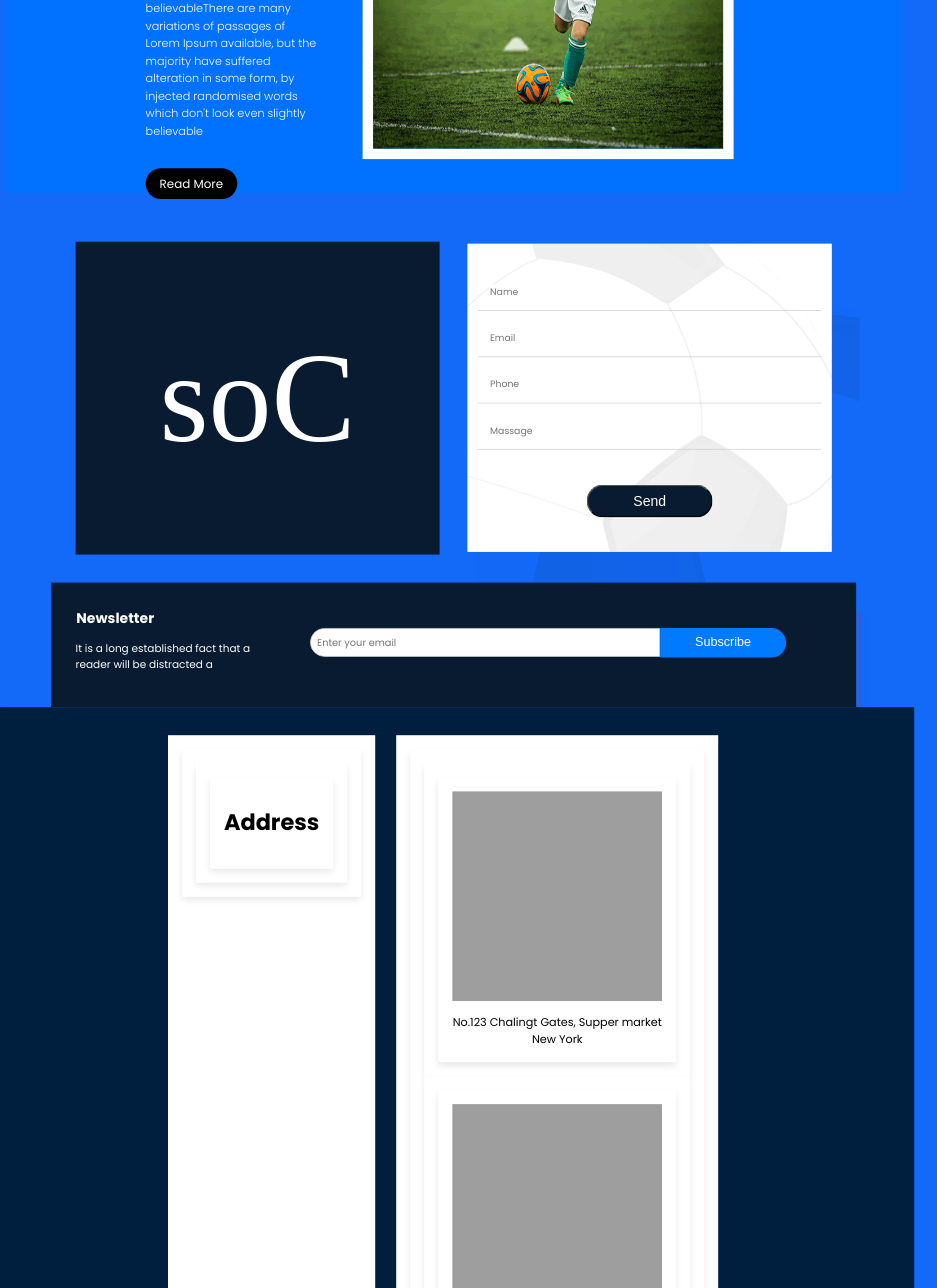
Repository: Vinicius9922/Projeto-Web
Page: index.html
An editor plug-in stored every save of this project. The page is shown before and after the next save, followed by the edit.
The browser window is 1280 px wide. The page is 1338 px wide, so the pictures cover 1338 px, including what lies to the right of the window. The pictures show the part of the page from y = 2475 to 4315 px (the page is 4992 px tall), at 70% of full size.
Pictures or frames that could not be fetched are drawn as grey boxes.

Above is the page before, as saved 2024-12-10 19:33:47.

After the next save:
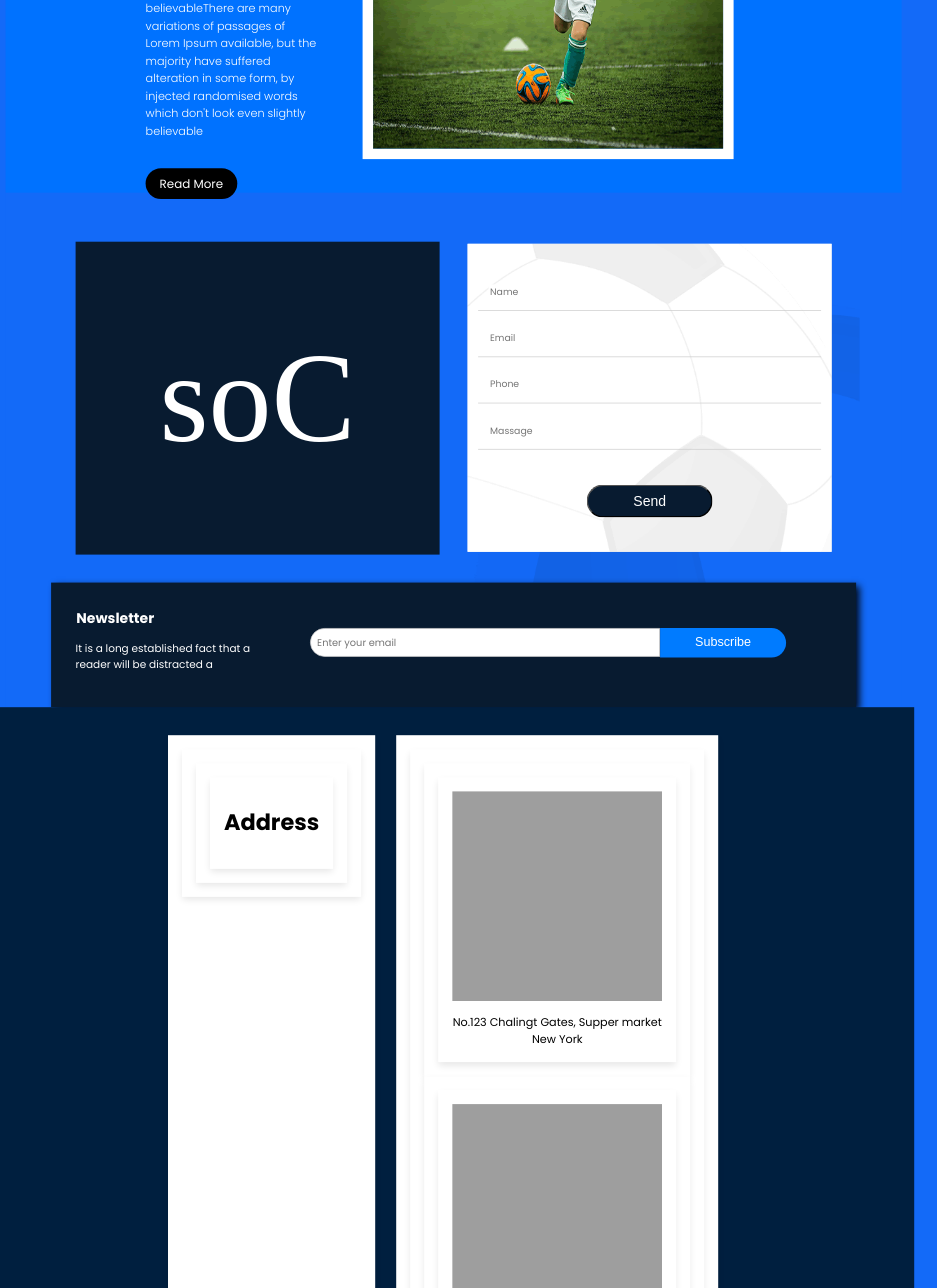
Saved 76 s later.
--- a/index.css
+++ b/index.css
@@ -338,7 +338,7 @@
     background-color: #081b30;
     color:white;
     width: 1150px;
-    box-shadow: 10px 40px 6px rgba(220, 19, 19, 0.1);
+    box-shadow: 5px 5px 10px 0 rgba(0, 0, 0, 0.9);
 
 }
 
